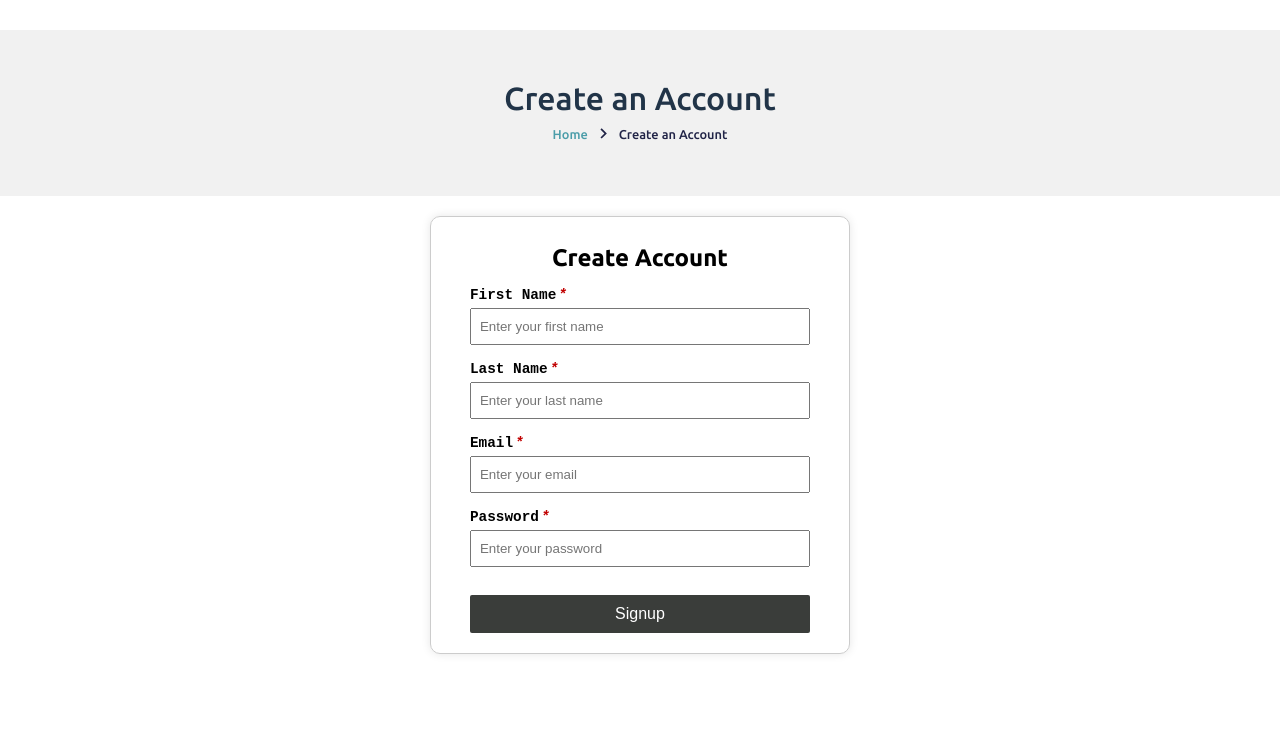
Repository: jkvekariya/Online-store-Management
Page: /auth/signup (app in frontend/client/)
The author's editor kept a copy of each file at every save. The page is drawn from the files as they stood at one save, then again after the next save.
The browser window is 1280 px wide. The pictures show the whole page.
Some web fonts or font styles are not loaded; a fallback is used. The project was rebuilt for these pictures with package versions that can differ from the ones it lists, and the page was loaded fresh each time. Also part of the build but not shown: frontend/client/vite.config.js, frontend/client/src/css/header.css, frontend/client/src/css/sidebar.css, frontend/client/src/components/Sidebar.jsx, frontend/client/src/context/CartContext.jsx, frontend/client/src/components/Header.jsx, frontend/client/src/css/footer.css, frontend/client/src/components/Footer.jsx and 11 more.

Above is the page before, as saved 2026-01-02 14:50:10.

After the next save:
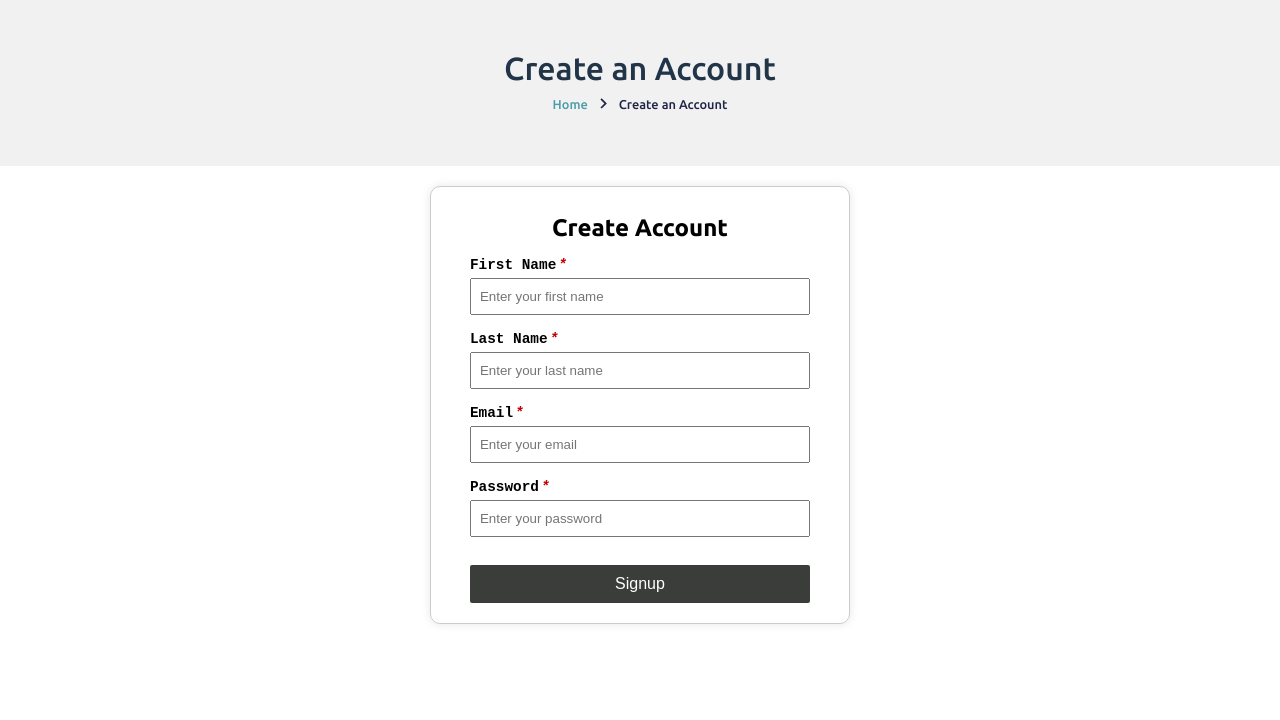
Saved 19 s later.
--- a/frontend/client/src/css/bodyheader.css
+++ b/frontend/client/src/css/bodyheader.css
@@ -15,7 +15,7 @@
 }
 
   .b-header-bg {
-    margin-top: 30px;
+    /* margin-top: 30px; */
     height: 23vh;
     width: 100vw;
     /* background-color: aqua; */
